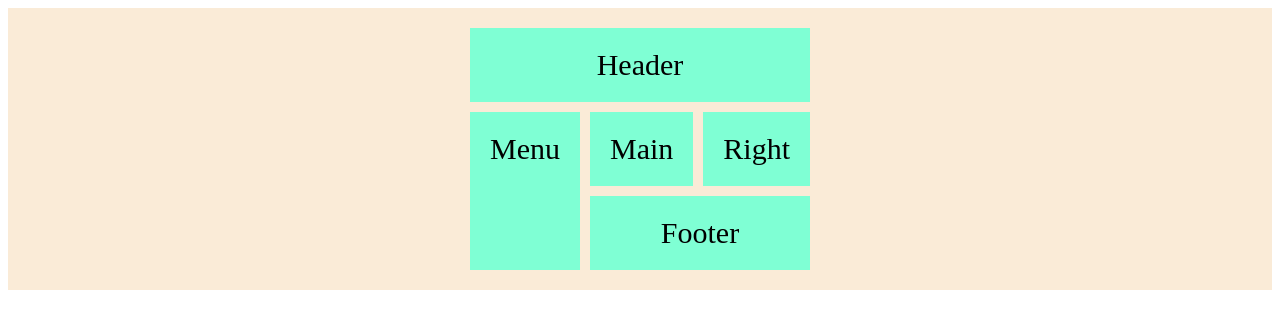
Repository: Thonghehe/Lab1_WEB106
Page: index11.html
An editor plug-in stored every save of this project. The page is shown before and after the next save, followed by the edit.
The browser window is 1280 px wide. The pictures show the whole page.

Above is the page before, as saved 2024-03-05 17:41:32.

After the next save:
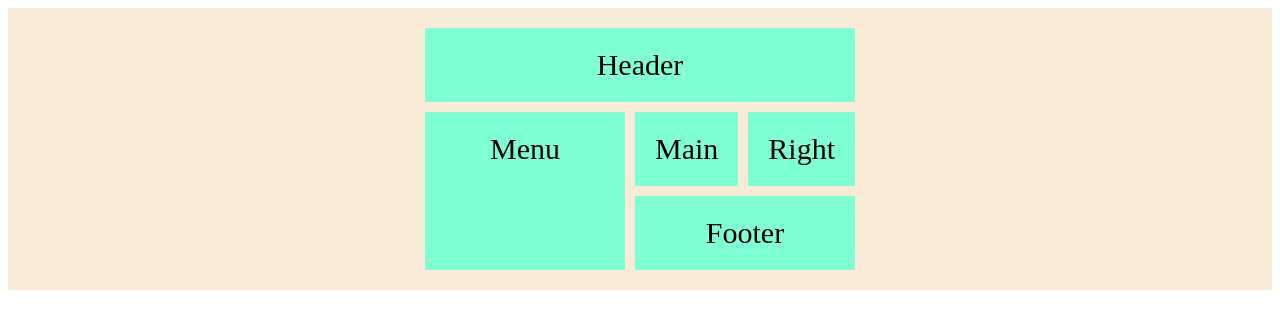
Saved 12 s later.
--- a/style.css
+++ b/style.css
@@ -27,8 +27,8 @@
     gap: 10px;
     padding: 20px;
     background-color: antiquewhite;
-    /* grid-template-columns: auto;
-    grid-template-rows: auto; */
+    grid-template-columns: 200px;
+    grid-template-rows: auto;
     justify-content: center;
     align-content: center;
 
